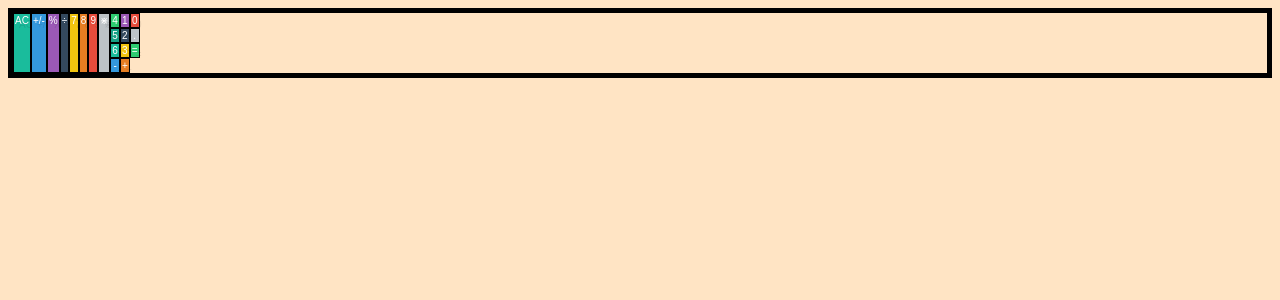
Repository: noahcallen/LAB-calculator
Page: index.html
These files come from the project's save history. The page is drawn as it stood at one moment and after a run of saves; the edit follows.
The browser window is 1280 px wide. The pictures show the whole page.

Above is the page before, as saved 2024-07-09 21:52:37.

### index.html
<!DOCTYPE html>
<html lang="en">
<head>
  <meta charset="UTF-8">
  <meta name="viewport" content="width=device-width, initial-scale=1.0">
  <title>Document</title>
  <link rel="stylesheet" href="main.css">
  <meta name="viewport" content="width=device-width, initial-scale=1">
</head>
<body>
  <!-- box for calculator outline -->
  <div class="outline">
    <div class="container1">
      <div class="box box1">AC</div>
      <div class="box box2">+/-</div>
      <div class="box box3">%</div>
      <div class="box box4">÷</div>
      <!-- next row -->
       <div class="container2">
        <div class="box box5">7</div>
        <div class="box box6">8</div>
        <div class="box box7">9</div>
        <div class="box box8">⋇</div>
      </div>
      <!-- next row -->
       <div class="container3">
        <div class="box box9">4</div>
        <div class="box box10">5</div>
        <div class="box box11">6</div>
        <div class="box box12">-</div>
       </div>
      <!-- next row -->
       <div class="container4">
        <div class="box box13">1</div>
        <div class="box box14">2</div>
        <div class="box box15">3</div>
        <div class="box box16">+</div>
       </div>
      <!-- next row -->
      <div class="container5">
        <div class="box box17">0</div>
        <div class="box box18">.</div>
        <div class="box box19">=</div>
      </div>
    </div>
    <!-- close outline -->
  </div>




  <script src="main.js"></script>
  <!-- import js bootstrap -->
  <script src="https://cdn.jsdelivr.net/npm/bootstrap@5.3.3/dist/js/bootstrap.bundle.min.js" integrity="sha384-YvpcrYf0tY3lHB60NNkmXc5s9fDVZLESaAA55NDzOxhy9GkcIdslK1eN7N6jIeHz" crossorigin="anonymous"></script>
</body>
</html>

### main.css
body {
  background-color: bisque;
}

.outline {
  border: solid 5px black;
}

.box1 { background:#1abc9c;}
.box2 { background:#3498db;}
.box3 { background:#9b59b6;}
.box4 { background:#34495e;}
.box5 { background:#f1c40f;}
.box6 { background:#e67e22;}
.box7 { background:#e74c3c;}
.box8 { background:#bdc3c7;}
.box9 { background:#2ecc71;}
.box10 { background:#16a085;}
.box11 { background:#1abc9c;}
.box12 { background:#3498db;}
.box13 { background:#9b59b6;}
.box14 { background:#34495e;}
.box15 { background:#f1c40f;}
.box16 { background:#e67e22;}
.box17 { background:#e74c3c;}
.box18 { background:#bdc3c7;}
.box19 { background:#2ecc71;}
/* Some default styles to make each box visible */
.box {
  border: solid 1px black;
  color:white;
  font-family: Arial, Helvetica, sans-serif;
  font-size: 10px;
  text-align: center;
  text-shadow:4px 4px 0 rgba(0,0,0,0.1);
  padding:1px;
}

.container1 {
  display: flex;
  flex-direction: row;
}

.container2 {
  display: flex;
  flex-direction: row;
}

.container3 {
  display: flex;
  flex-direction: column;
}

.container4 {
  display: flex;
  flex-direction: column;
}

.container5 {
  display: flex;
  flex-direction: column;
}

Loaded but not shown: main.js (no stored copy; drawn as an empty file)

After the next 2 saves:
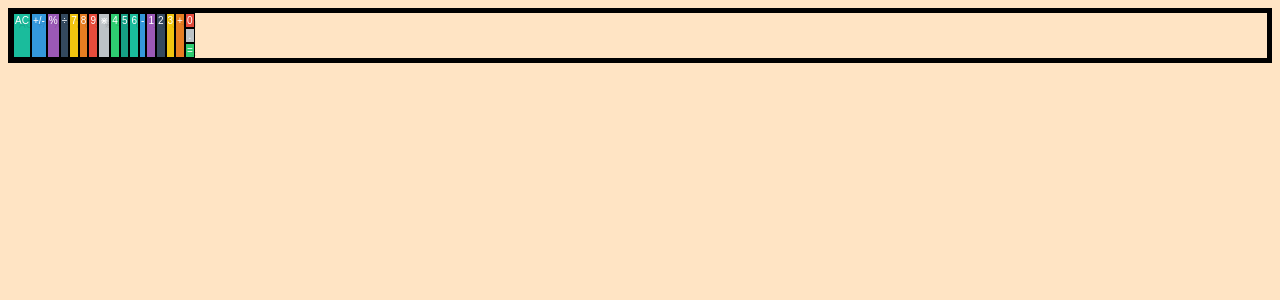
The 2 saves are shown as one change because they came seconds apart.
The last was saved 14 s later.
--- a/main.css
+++ b/main.css
@@ -48,12 +48,12 @@ body {
 
 .container3 {
   display: flex;
-  flex-direction: column;
+  flex-direction: row;
 }
 
 .container4 {
   display: flex;
-  flex-direction: column;
+  flex-direction: row;
 }
 
 .container5 {
